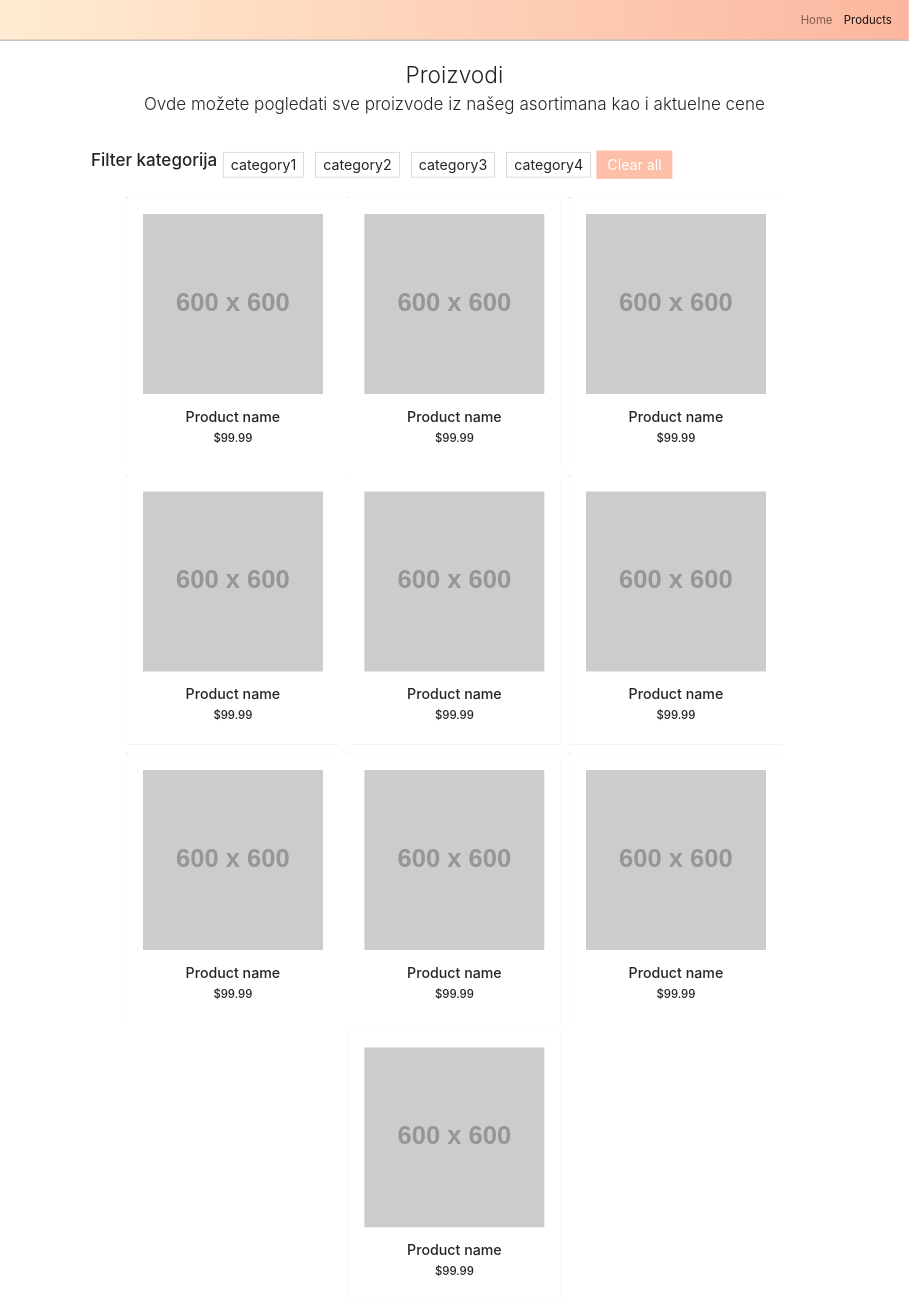
Repository: StevanFilipovic/TemplateForSinglepageWebsite
Page: products.html
An editor plug-in stored every save of this project. The page is shown before and after the next save, followed by the edit.
The browser window is 1280 px wide. The pictures show the whole page, at 71% of full size.
Some web libraries are served in a nearby version.

Above is the page before, as saved 2018-06-14 16:25:54.

After the next save:
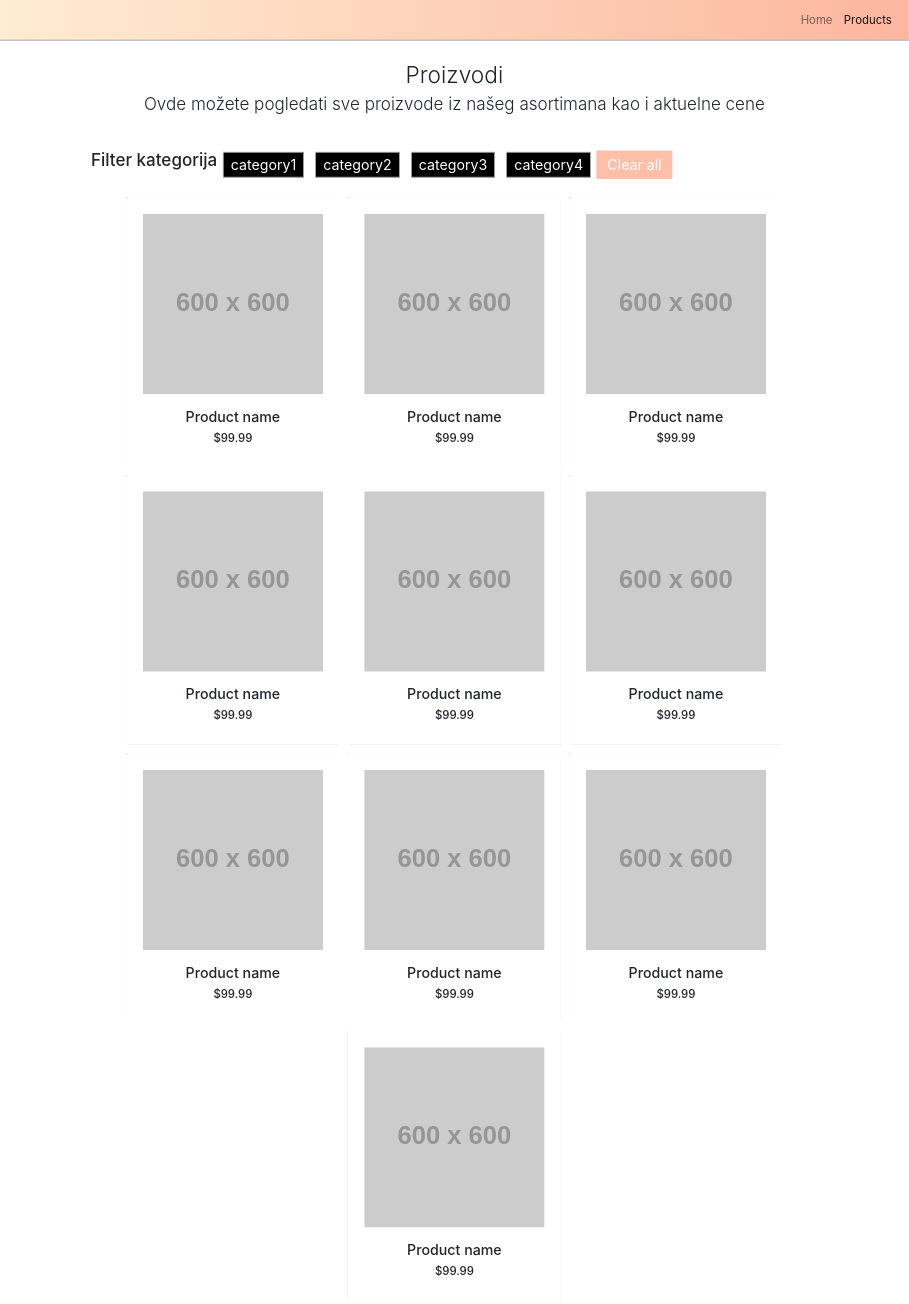
Saved 14 s later.
--- a/products-page-style.css
+++ b/products-page-style.css
@@ -99,11 +99,11 @@
     padding: 2px 10px;
   }
 
-  button {
+  .filter-container {
     background-color: #000;
     color: #FFF;
   }
-  button.foo {
+  .filter-container.foo {
     background-color: #FFF;
     color: #000;
   }
